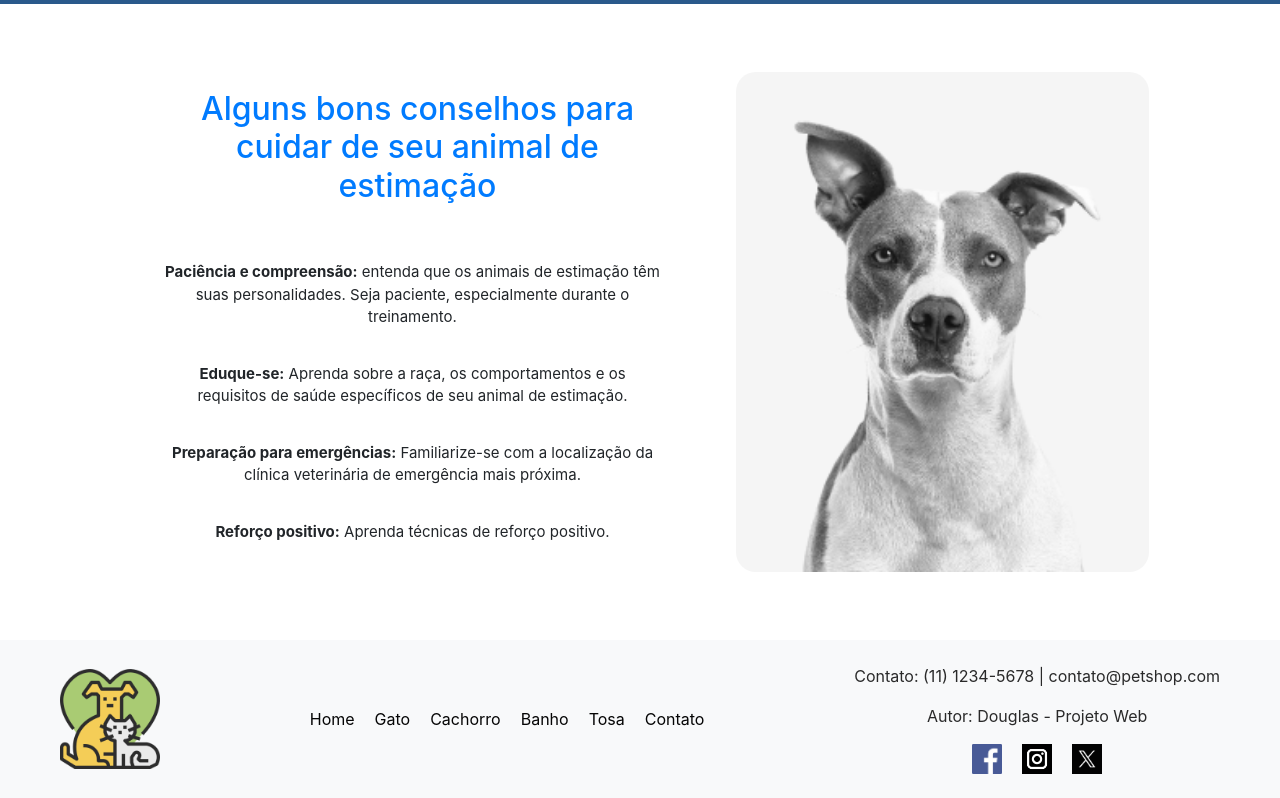
Repository: graeff01/petshop-project
Page: index.html
These files come from the project's save history. The page is drawn as it stood at one moment and after the next save; the edit follows.
The browser window is 1280 px wide. The pictures show the part of the page from y = 870 to 1668 px (the page is 1668 px tall).
A picture or video elsewhere on the page could not be fetched, so the positions and the page height are approximate.

Above is the page before, as saved 2024-09-18 11:39:32.

### index.html
<!DOCTYPE html>
<html lang="pt-br">
<head>
    <meta charset="UTF-8">
    <meta name="viewport" content="width=device-width, initial-scale=1.0">
    <title>PetShop - Home</title>
    <link rel="stylesheet" href="css/style.css">
    <link href="https://maxcdn.bootstrapcdn.com/bootstrap/4.5.2/css/bootstrap.min.css" rel="stylesheet">
</head>
<body>
    <!-- Cabeçalho com menu de navegação -->
    <header class="blue-background text-center p-4">
        <h1>Encontre tudo o que você precisa para seu animal de estimação</h1>
        <nav>
            <ul class="nav justify-content-center">
                <li class="nav-item">
                    <a class="nav-link active" href="index.html">Home</a>
                </li>
                <li class="nav-item">
                    <a class="nav-link" href="gato.html">Serviço para Gatos</a>
                </li>
                <li class="nav-item">
                    <a class="nav-link" href="dog.html">Serviço para Cachorros</a>
                </li>
                <li class="nav-item">
                    <a class="nav-link" href="banho.html">Banho</a>
                </li>
                <li class="nav-item">
                    <a class="nav-link" href="tosa.html">Tosa</a>
                </li>
                <li class="nav-item">
                    <a class="nav-link" href="contato.html">Contato</a>
                </li>
            </ul>
        </nav>
    </header>


<!-- Seção com título explicativo -->
<section class="carousel-section container mt-5">
    <h2 class="text-center mb-4">Clique sobre o animal e vá para a sessão dele</h2> <!-- Título centralizado -->

    <!-- Carrossel de Imagens -->
    <div id="carouselExampleIndicators" class="carousel slide" data-ride="carousel">
        <div class="carousel-inner">
            <div class="carousel-item active">
                <a href="gato.html">
                    <img class="d-block w-100" src="img/cat.png" alt="Primeira imagem">
                </a>
            </div>
            <div class="carousel-item">
                <a href="dog.html">
                    <img class="d-block w-100" src="img/dog.png" alt="Segunda imagem">
                </a>
            </div>
        </div>
        <a class="carousel-control-prev" href="#carouselExampleIndicators" role="button" data-slide="prev">
            <span class="carousel-control-prev-icon" aria-hidden="true"></span>
            <span class="sr-only">Previous</span>
        </a>
        <a class="carousel-control-next" href="#carouselExampleIndicators" role="button" data-slide="next">
            <span class="carousel-control-next-icon" aria-hidden="true"></span>
            <span class="sr-only">Next</span>
        </a>
    </div>
</section>


    <!-- Seção de Fidelidade -->
    <section class="membership text-center p-4">
        <div class="membership-content d-flex align-items-center justify-content-center">
            <div class="membership-text text-center">
                <h3>Torne-se um membro<br>E obtenha desconto</h3>
                <a href="cliente.html" class="btn btn-dark">Virar Membro</a>
            </div>
            <div class="membership-image">
                <img src="img/fidelidade.jpg" alt="Gift" class="img-fluid">
            </div>
        </div>
    </section>

    <!-- Conselhos -->
    <main class="container mt-5">
        <div class="advice-section d-flex justify-content-center align-items-center">
            <div class="advice-text text-center">
                <h2>Alguns bons conselhos para cuidar de seu animal de estimação</h2><br><br>
                <p><strong>Paciência e compreensão:</strong> entenda que os animais de estimação têm suas personalidades. Seja paciente, especialmente durante o treinamento.</p> <br>
                <p><strong>Eduque-se:</strong> Aprenda sobre a raça, os comportamentos e os requisitos de saúde específicos de seu animal de estimação.</p><br>
                <p><strong>Preparação para emergências:</strong> Familiarize-se com a localização da clínica veterinária de emergência mais próxima.</p><br>
                <p><strong>Reforço positivo:</strong> Aprenda técnicas de reforço positivo.</p>
            </div>
            <div class="advice-image text-center">
                <img src="img/dogg.png" alt="Dog Advice" class="img-fluid">
            </div>
        </div>
    </main>

    <!-- Rodapé com informações de contato -->
    <footer class="footer mt-5 p-4 bg-light text-center">
        <div class="footer-container">
            <div class="footer-left">
                <img src="img/logo.png" alt="PetShop Logo" class="footer-logo">
            </div>
            <div class="footer-center">
                <ul class="footer-links">
                    <li><a href="index.html">Home</a></li>
                    <li><a href="gato.html">Gato</a></li>
                    <li><a href="dog.html">Cachorro</a></li>
                    <li><a href="banho.html">Banho</a></li>
                    <li><a href="tosa.html">Tosa</a></li>
                    <li><a href="contato.html">Contato</a></li>
                </ul>
            </div>
            <div class="footer-right">
                <p>Contato: (11) 1234-5678 | contato@petshop.com</p>
                <p>Autor: Douglas - Projeto Web</p>
                <div class="social-icons">
                    <a href="#"><img src="img/face.png" alt="Facebook"></a>
                    <a href="#"><img src="img/insta.png" alt="Instagram"></a>
                    <a href="#"><img src="img/x.png" alt="Twitter"></a>
                </div>
            </div>
        </div>
    </footer>

    <script src="https://code.jquery.com/jquery-3.5.1.slim.min.js"></script>
    <script src="https://cdn.jsdelivr.net/npm/@popperjs/core@2.9.2/dist/umd/popper.min.js"></script>
    <script src="https://maxcdn.bootstrapcdn.com/bootstrap/4.5.2/js/bootstrap.min.js"></script>
</body>
</html>

### css/style.css
/* Estilos globais */
body {
    font-family: Arial, sans-serif;
    margin: 0;
    padding: 0;
}

/* Cabeçalho */
header.blue-background {
    background-color: #2a598b;
    color: white;
    padding: 5px 0;
    text-align: center;
    width: 100%;
    box-sizing: border-box;
}

header.blue-background h1 {
    font-size: 24px;
}

nav ul {
    width: 100%;

    list-style: none; /* Remove marcadores de lista */
    display: flex;
    background-color: #2a619cce;
    padding: 5px 0;
}

nav ul li {
    margin: 0;
    padding: 0;
}

nav ul li a {
    color: rgb(255, 255, 255);
    text-decoration: none;
    font-size: 15px;
    transition: color 0.3s ease;
}

nav ul li a:hover {
    color: #2a3085;
}

/* Barra de busca */
.search-bar {
    padding: 10px;
    font-size: 16px;
    width: 50%;
    margin: 20px auto;
    border-radius: 20px;
    border: 2px solid #ffffff;
    transition: all 0.3s ease;
}

.search-bar:focus {
    border-color: #e61212;
    outline: none;
}

/* Carrossel */
.carousel-item img {
    max-height: 300px;
    max-width: 200px;
    margin-left: 450px;
    object-fit: cover;
    margin-bottom: 40px;
}

/* Alterar a cor usando filter */
.carousel-control-prev-icon,
.carousel-control-next-icon {
    filter: invert(100%) sepia(100%) saturate(0%) hue-rotate(0deg) brightness(100%) contrast(100%);
    /* Modifique `invert` e outros valores para ajustar a cor */
}

/* Seção de Membros */
section.membership {
    background-color: #2a598b;
    padding: 60px 0;
    text-align: center;
    width: 100%;
    box-sizing: border-box;
}

.membership-content {
    background-color: #fff;
    border: 1px solid #000000ee;
    border-radius: 20px;
    padding: 20px;
    display: flex;
    align-items: center;
    text-align: left;
    max-width: 900px;
    margin: auto;
}

.membership-text {
    margin-right: 20px;
    text-align: center;
}

.membership-text h3 {
    font-size: 35px;
    margin-bottom: 10px;
}

.membership-image {
    flex: 1;
    text-align: center;
}

.membership-image img {
    max-width: 500px;
    height: auto;
    border-radius: 20px;
}

/* Seção de conselhos */
.advice-section {
    display: flex;
    justify-content: space-between;
    align-items: center;
    padding: 20px 0;
}

.advice-text {
    flex: 1;
    margin-left: 80px;
}

.advice-text h2 {
    color: #007bff;
}

.advice-text p {
    font-size: 15px;
    margin-right: 10px;
    margin-bottom: 10px;
}

.advice-image {
    flex: 1;
    margin-left: 20px;
}

.advice-image img {
    max-width: 100%;
    height: 500px;
    border-radius: 20px;
}

/* Rodapé */
.footer {
    background-color: #1e6391;
    background-color: #1e6391;
    padding: 20px 0;
    color: rgba(0, 0, 0, 0.836);
    text-align: center;
    width: 100%;
}

.footer-container {
    display: flex;
    justify-content: space-between;
    align-items: center;
    max-width: 1200px;
    margin: 0 auto;
    padding: 0 20px;
    box-sizing: border-box;
}

.footer-left img {
    width: 100px;
}

.footer-center {
    flex: 1;
}

.footer-links {
    list-style-type: none;
    padding: 0;
    margin: 0;
    display: flex;
    justify-content: center;
}

.footer-links li {
    margin: 0 10px;
}

.footer-links a {
    color: rgb(5, 5, 5);
    text-decoration: none;
    font-size: 16px;
}

.footer-links a:hover {
    text-decoration: underline;
}

.footer-right .social-icons {
    display: flex;
    justify-content: center;
}

.footer-right .social-icons a {
    margin: 0 10px;
}

.footer-right .social-icons img {
    width: 30px;
    height: 30px;
}

After the next save:
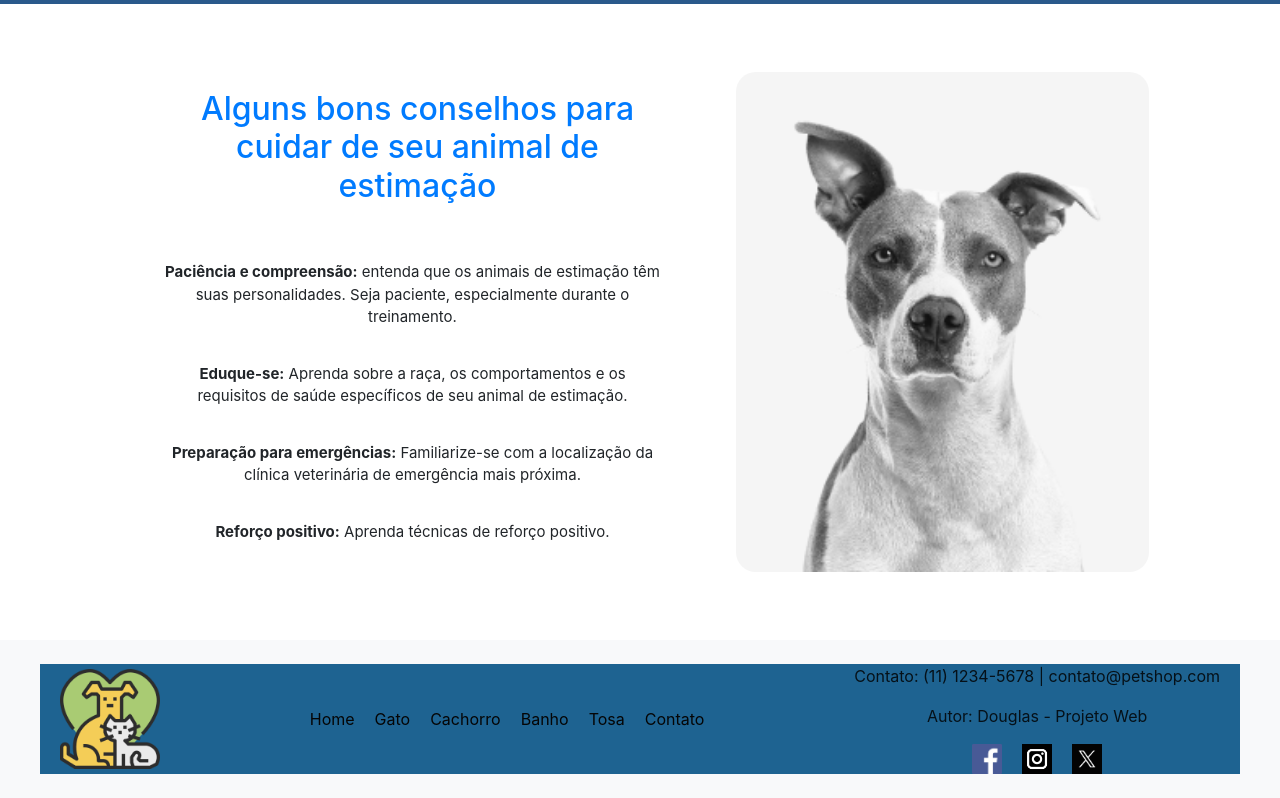
Saved 4 s later.
--- a/css/style.css
+++ b/css/style.css
@@ -155,7 +155,6 @@ section.membership {
 /* Rodapé */
 .footer {
     background-color: #1e6391;
-    background-color: #1e6391;
     padding: 20px 0;
     color: rgba(0, 0, 0, 0.836);
     text-align: center;
@@ -163,6 +162,7 @@ section.membership {
 }
 
 .footer-container {
+    background-color: #1e6391;
     display: flex;
     justify-content: space-between;
     align-items: center;
